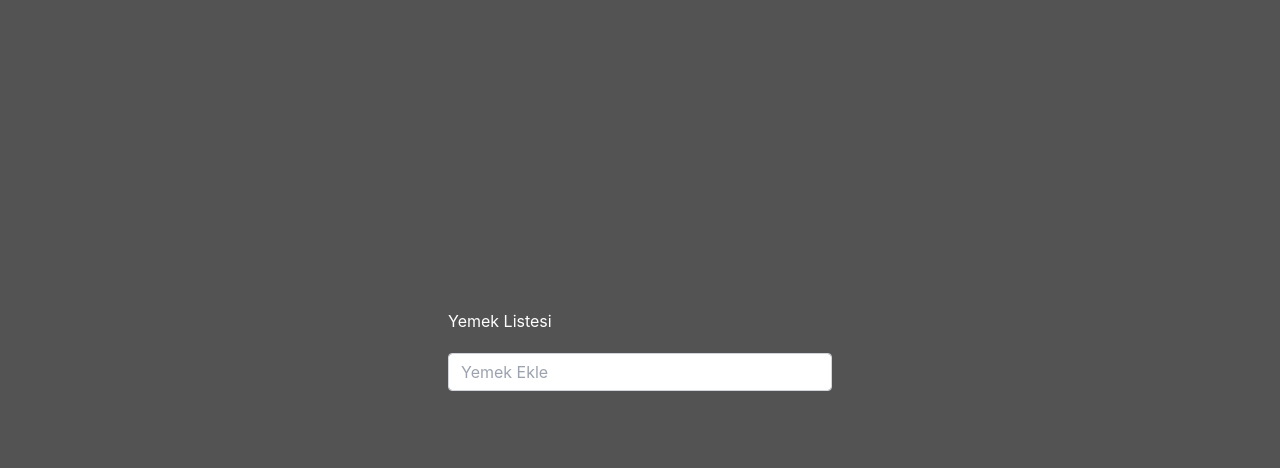
Repository: muratyildiz63/Composition-API-Nedir-todo-list
Page: /
The author's editor kept a copy of each file at every save. The page is drawn from the files as they stood at one save, then again after the next save.
The browser window is 1280 px wide. The pictures show the whole page.
The project was rebuilt for these pictures with package versions that can differ from the ones it lists, and the page was loaded fresh each time. Also part of the build but not shown: vite.config.js.

Above is the page before, as saved 2022-08-16 06:57:39.

After the next save:
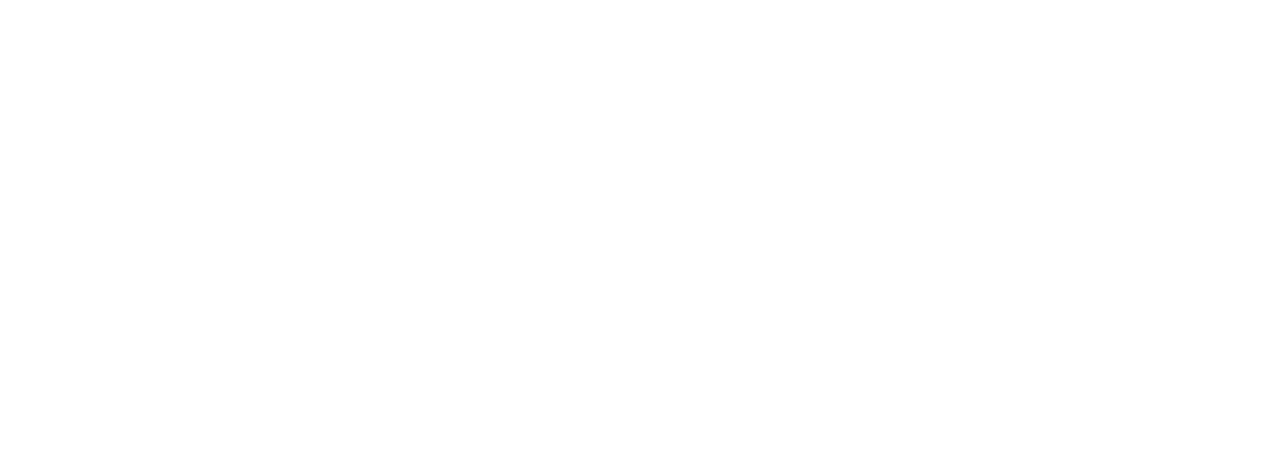
Console error: ReferenceError: item is not defined
Saved 38 s later.
--- a/src/components/TodoListItem.vue
+++ b/src/components/TodoListItem.vue
@@ -22,3 +22,13 @@
         <button class="bg-orange-50 px-1 text-black">Sil</button>
       </div>
 </template>
+
+<script>
+export default{
+    props:{
+        item
+    }
+}
+
+
+</script>

After the 3 saves that followed:
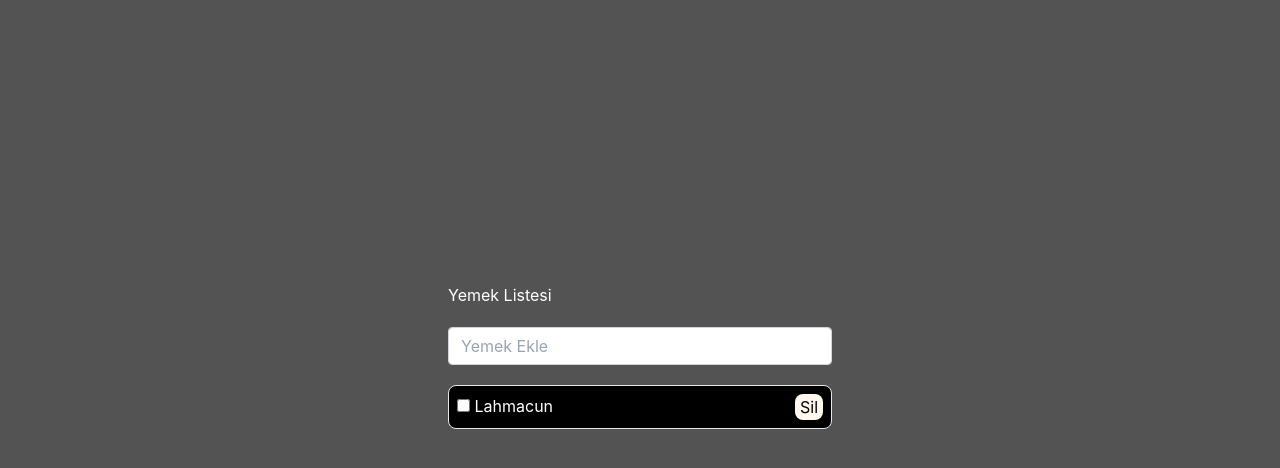
The error is gone.
The 3 saves are shown as one change because 2 left the picture as it was.
The last was saved 2 min 7 s later.
--- a/src/App.vue
+++ b/src/App.vue
@@ -17,7 +17,12 @@
   },
 
   setup() {
-    const foodList = ref([]);
+    const foodList = ref([
+      {
+        id:1,
+        foodName:"Lahmacun"
+      }
+    ]);
     return{
       foodList
     }
--- a/src/components/TodoListItem.vue
+++ b/src/components/TodoListItem.vue
@@ -17,7 +17,7 @@
         "
       >
         <label for="compluted">
-          <input type="checkbox" name="" id="compluted" /> deneme
+          <input type="checkbox" name="" id="compluted" /> {{item.foodName}}
         </label>
         <button class="bg-orange-50 px-1 text-black">Sil</button>
       </div>
@@ -25,9 +25,7 @@
 
 <script>
 export default{
-    props:{
-        item
-    }
+    props:["item"]
 }
 
 
